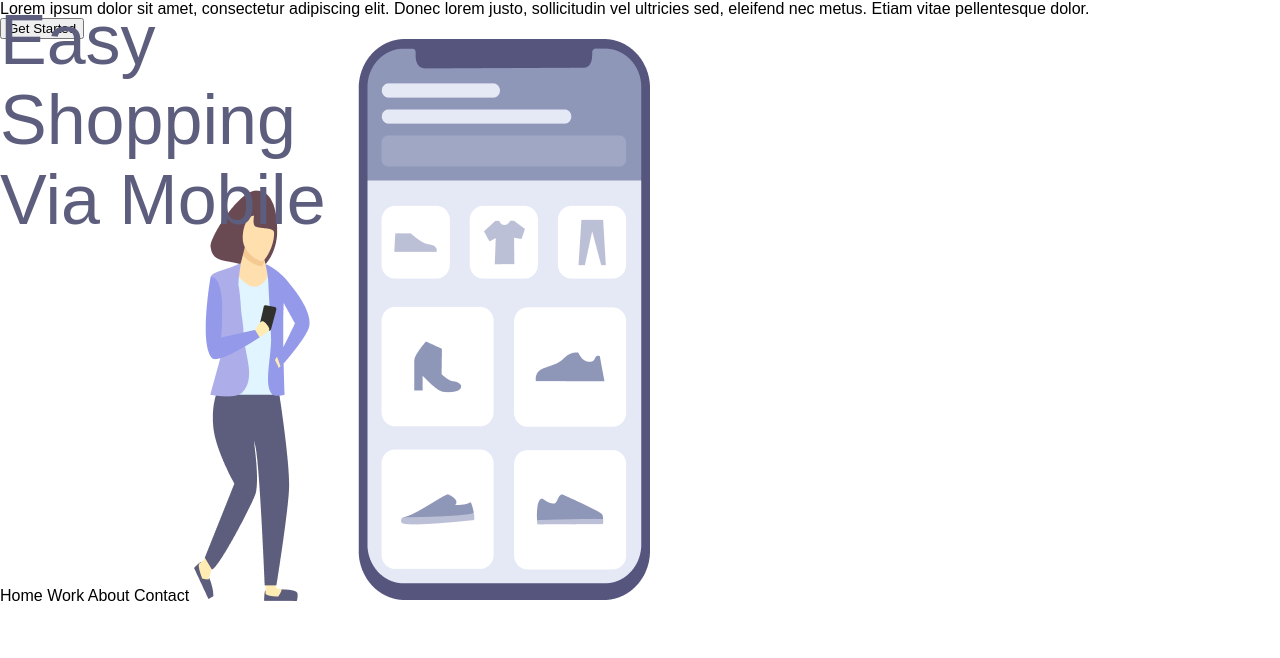
Repository: Leo-Marques-882/Projeto-Git-2
Page: index.html
These files come from the project's save history. The page is drawn as it stood at one moment and after the next save; the edit follows.
The browser window is 1280 px wide. The pictures show the whole page.

Above is the page before, as saved 2023-03-06 22:15:06.

### index.html
<!DOCTYPE html>
<html lang="pt_br">

<head>
    <meta charset="UTF-8">
    <meta http-equiv="X-UA-Compatible" content="IE=edge">
    <meta name="viewport" content="width=device-width, initial-scale=1.0">
    <link rel="stylesheet" href="styless.css">
    <link rel="preconnect" href="https://fonts.googleapis.com">
    <link rel="preconnect" href="https://fonts.gstatic.com" crossorigin>
    <title>Projeto 1</title>
</head>

<body>
    <section>
        <h1>Easy Shopping Via Mobile</h1>
        <p>Lorem ipsum dolor sit amet, consectetur adipiscing
            elit. Donec lorem justo, sollicitudin vel ultricies sed,
            eleifend nec metus. Etiam vitae pellentesque dolor. </p>
        <button>Get Started</button>
    </section>
    <section>
        <a>Home</a>
        <a>Work</a>
        <a>About</a>
        <a>Contact</a>
        <img src="./img/Illustration.png" alt="girl-phone">
    </section>
</body>

</html>

### styless.css
* {
    box-sizing: border-box;
    font-family: 'Oswald', sans-serif;
    margin: 0px;
}

h1 {
    width: 368px;
    height: 160px;
    font-size: 70px;
    color: #5D5D7D;
    position: absolute;
    font-weight: 400;
}

After the next save:
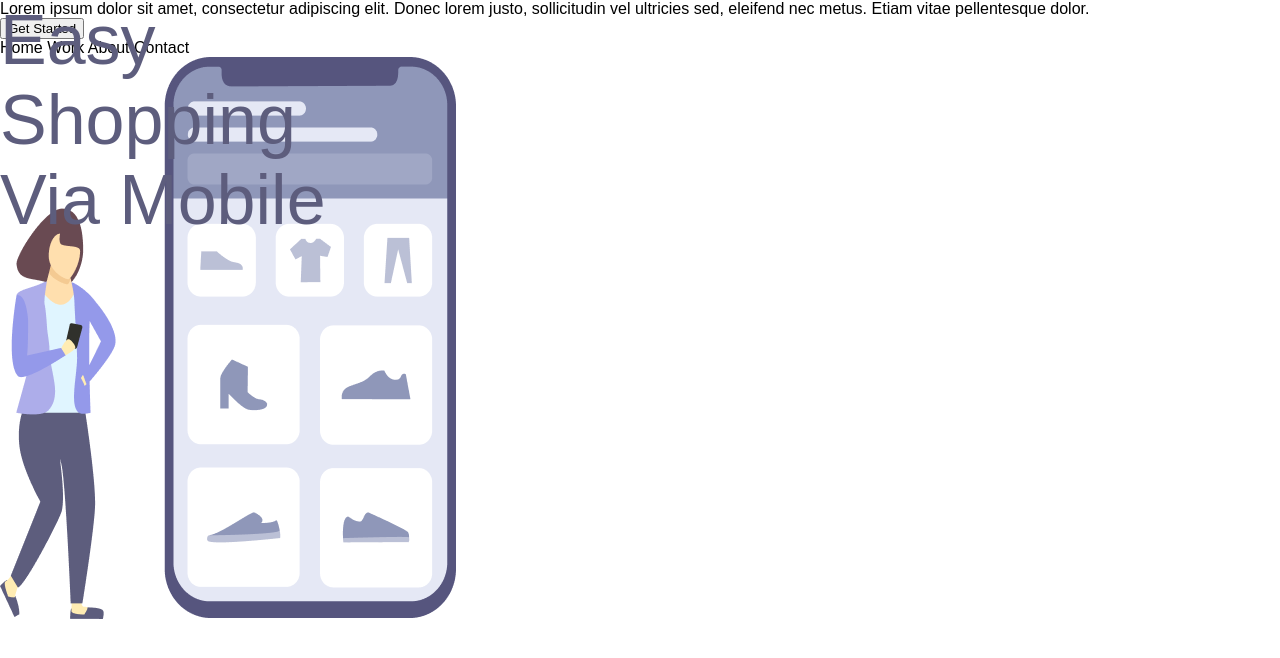
Saved 8 min 54 s later.
--- a/index.html
+++ b/index.html
@@ -19,13 +19,14 @@
             eleifend nec metus. Etiam vitae pellentesque dolor. </p>
         <button>Get Started</button>
     </section>
-    <section>
+    <header>
         <a>Home</a>
         <a>Work</a>
         <a>About</a>
         <a>Contact</a>
-        <img src="./img/Illustration.png" alt="girl-phone">
-    </section>
+    </header>
+    <img src="./img/Illustration.png" alt="girl-phone">
+
 </body>
 
 </html>
